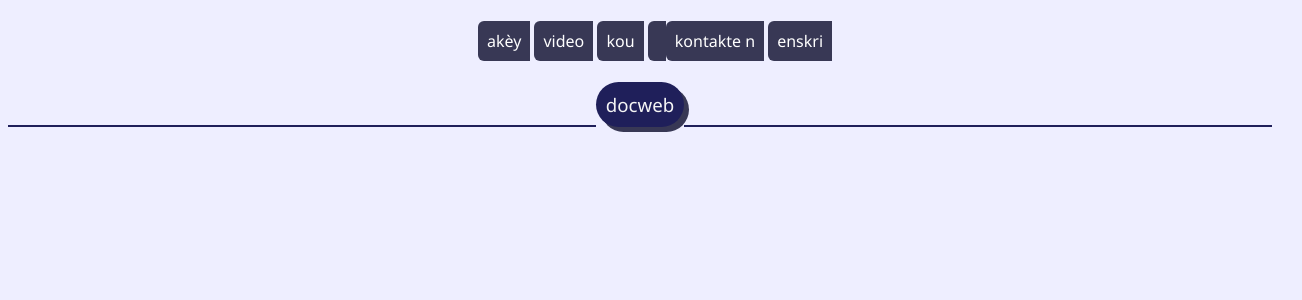
Repository: duperweb/docweb
Page: index.html
An editor plug-in stored every save of this project. The page is shown before and after the next save, followed by the edit.
The browser window is 1280 px wide. The page is 1302 px wide, so the pictures cover 1302 px, including what lies to the right of the window. The pictures show the whole page.

Above is the page before, as saved 2021-03-16 15:35:04.

### index.html
<!DOCTYPE html>
<html lang="en">
<head>
    <meta charset="UTF-8">
    <meta http-equiv="X-UA-Compatible" content="IE=edge">
    <meta name="viewport" content="width=device-width, initial-scale=1.0">
    <title>DocWeb: Dokiman Pou Aprann Devlope Web</title>
    <link rel="stylesheet"href="https://fonts.googleapis.com/css?family=Tangerine">
    <link rel="stylesheet" href="assets/css/home.css">
</head>
<body>
    <!--HEADER SECTION WITH ITS CHILD-->
    <header id="header-pages">
        <!--the top menu horizontal-->
        <nav id="nav-horizontal-menu" class="">
            <a href="index.html">akèy</a>
            <a href="video.html">video</a>
            <a href="kou.html">kou</a>
            <a href="about.html"></a>
            <a href="mailto:duperweb@gmail.com">kontakte n</a>
            <a href="sign.html" id="signin">enskri</a>
        </nav> <!-- end of the top menu horizontal-->
        <div class="docweb">
            <span class="header-line"></span>
             <span class="docweb-text-logo">docweb</span>
            <span class="header-line"></span>
        </div>
        <!--this the top line section-->
    </header><!--end of the HEADER SECTION-->


</body>
</html>

### assets/css/home.css
/**************************************
IMPORTING OTHER FILE TO LOAD FIRST
*************************************/


/********************************
    RESET DEFAULT BEHAVIOR
********************************/
a {
    text-decoration: none;
}

body {
    background-color: #eef;
    font-family: 'Segoe UI', Tahoma, Geneva, Verdana, sans-serif;
}

/*===================== HEADER PAGES SECTION===========================*/
.header-pages {
    /*with  % make container relative to size and can be centralized*/
    margin: 0 auto;
}

#nav-horizontal-menu {
    width: 100%;
    margin: 15px auto;
    padding: 15px;
    border-radius: 0 0 6px 6px;
    text-align: center;
}
#nav-horizontal-menu a {
    color: white;
    background-color: #383855;
    padding: 9px;
    border-radius: 6px 0 0 6px;

}
.docweb {
    margin: 0 auto;
    text-align: center;
}

.header-line {
    font-size: 16px;
    flex: 2;
    width: 2000px;
    border-bottom: 2px #1f1f5a double;
}

.docweb {
    display: flex;
}
.docweb-text-logo {
    background: #1f1f5a;
    font-size: 14pt;
    color: whitesmoke;
    padding: 10px;
    border-radius: 100px;
    box-shadow: 5px 5px #383855;
}
/*===================== END OF HEADER  TOP SECTION====================*/

After the next save:
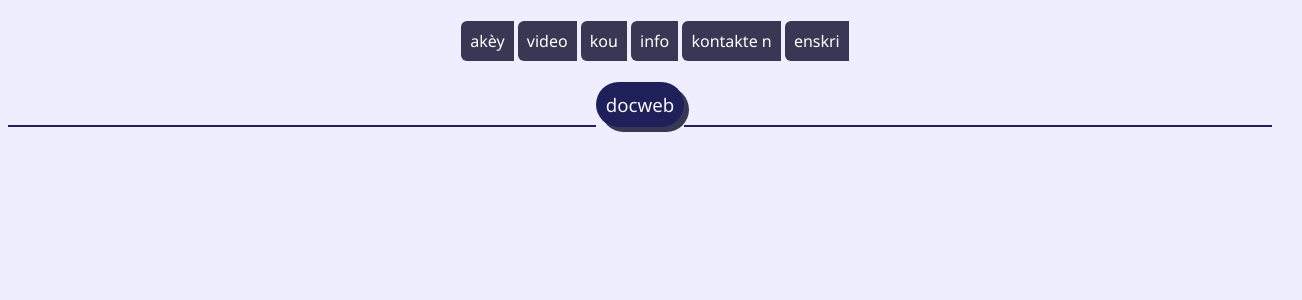
Saved 4 s later.
--- a/index.html
+++ b/index.html
@@ -16,7 +16,7 @@
             <a href="index.html">akèy</a>
             <a href="video.html">video</a>
             <a href="kou.html">kou</a>
-            <a href="about.html"></a>
+            <a href="about.html">info</a>
             <a href="mailto:duperweb@gmail.com">kontakte n</a>
             <a href="sign.html" id="signin">enskri</a>
         </nav> <!-- end of the top menu horizontal-->
